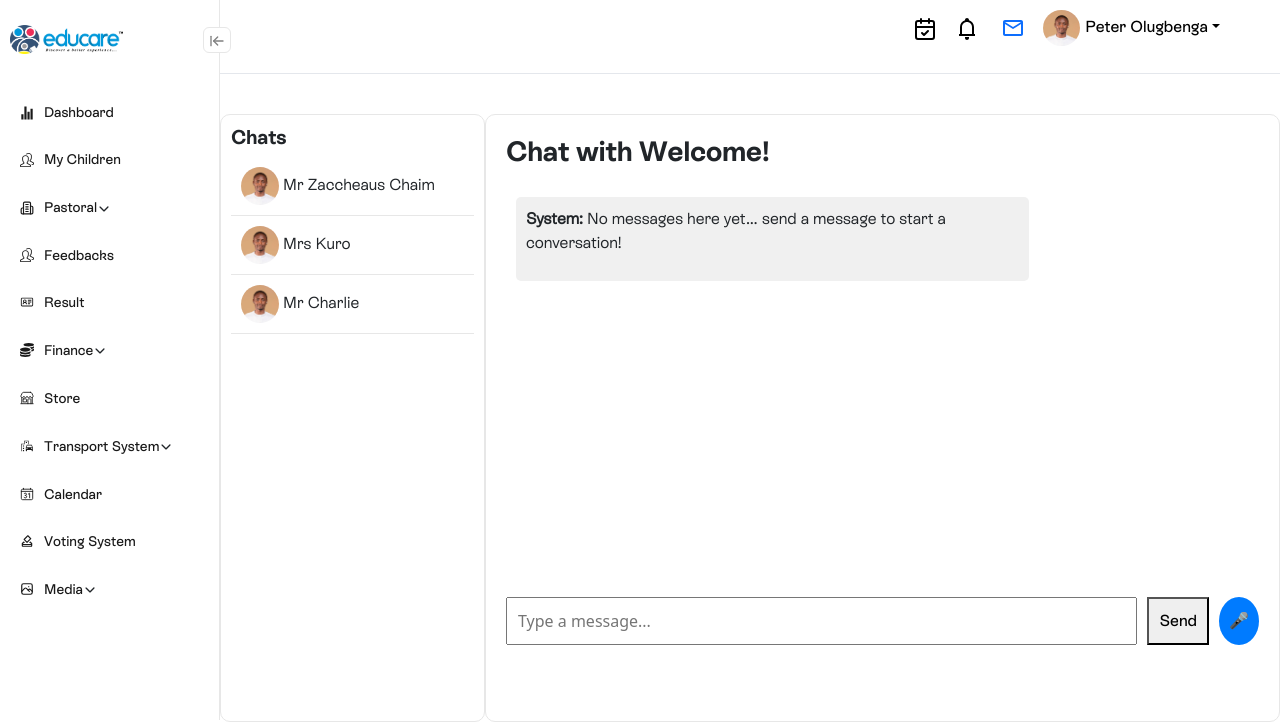
Repository: sarahnnanyelugo/educare-dashboards
Page: /chat-interface
An editor plug-in stored every save of this project. The page is shown before and after the next save, followed by the edit.
The browser window is 1280 px wide. The pictures show the whole page.
The project was rebuilt for these pictures with package versions that can differ from the ones it lists, and the page was loaded fresh each time. Also part of the build but not shown: src/Dashboards/Parents/Feedbacks/feedbacks.scss, src/components/AppTable/table.scss, src/components/AppTable/AppTable.js, src/Utils/DataUtils.js, src/components/Select/select.scss, src/components/Select/Select.js, src/components/Search/search.scss, src/components/Search/Search.js and 50 more.

Above is the page before, as saved 2024-11-27 12:23:56.

After the next save:
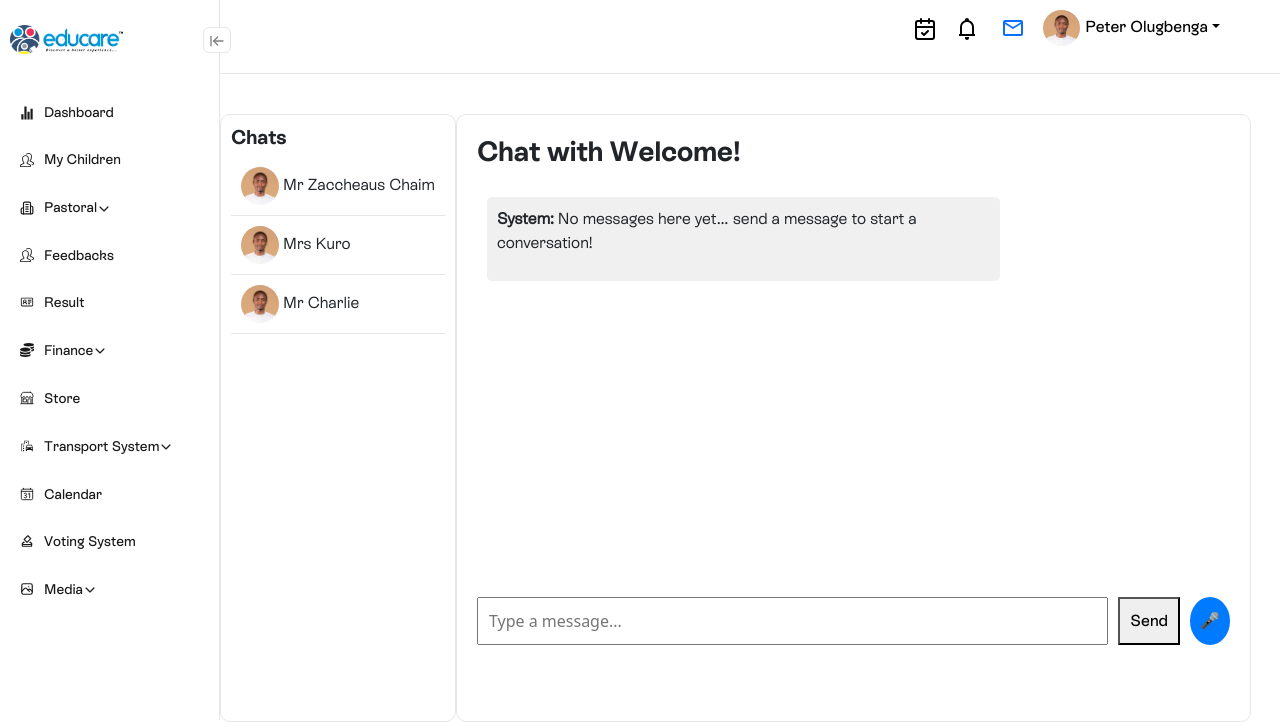
Saved 2 min 0 s later.
--- a/src/components/TopNav/ChatInterface/chat.scss
+++ b/src/components/TopNav/ChatInterface/chat.scss
@@ -4,7 +4,7 @@
   width: 100%;
 }
 .chat-contacts {
-  width: 25%;
+  //   width: 25%;
   background-color: #fff;
   padding: 10px;
   border-right: 1px solid #ddd;

After the save that followed:
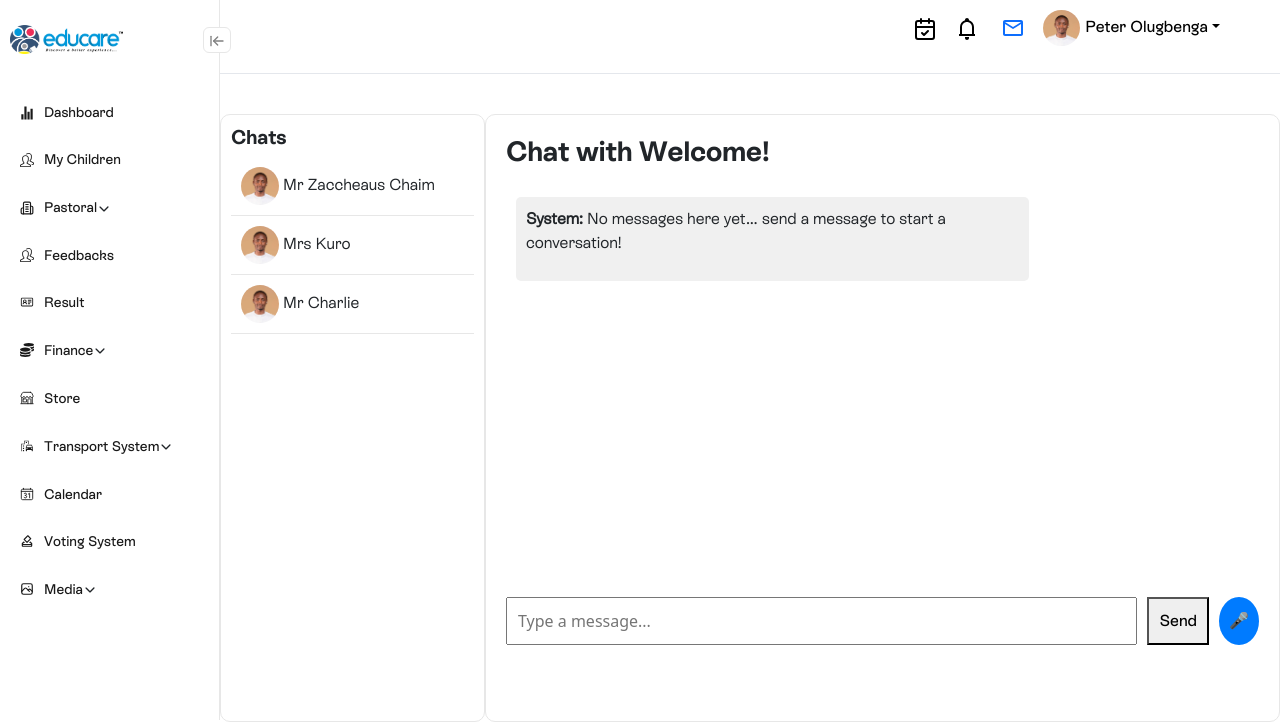
Saved 51 s later.
--- a/src/components/TopNav/ChatInterface/Contacts.js
+++ b/src/components/TopNav/ChatInterface/Contacts.js
@@ -1,7 +1,7 @@
 import React from "react";
 const Contacts = ({ contacts, onSelectContact, activeContactId }) => {
   return (
-    <div className="chat-contacts card">
+    <div className="chat-contacts card col-md-3">
       <h5>Chats</h5>
       <ul>
         {contacts.map((contact) => (
